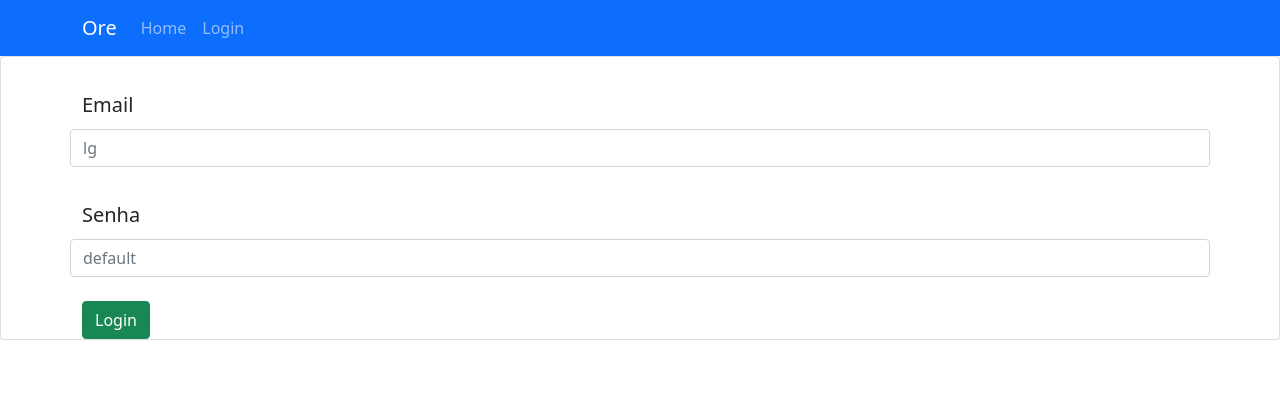
Repository: thf4/React-Front
Page: /login
An editor plug-in stored every save of this project. The page is shown before and after the next save, followed by the edit.
The browser window is 1280 px wide. The pictures show the whole page.
The project was rebuilt for these pictures with package versions that can differ from the ones it lists, and the page was loaded fresh each time. Also part of the build but not shown: src/config/index.js, src/pages/Home/index.js, src/pages/Vizualizar/index.js, src/config/cadastrar.js, src/pages/Cadastrar/index.js, src/pages/Editar/index.js, src/pages/HomePage/index.js.

Above is the page before, as saved 2021-05-07 16:16:07.

### src/App.js
import React from "react";
import { BrowserRouter as Router, Switch, Route } from "react-router-dom";
import { Home } from "./pages/Home/";
import { View } from "./pages/Vizualizar/";
import { Cadastrar } from "./pages/Cadastrar/";
import { Editar } from "./pages/Editar/";
import { Menu } from "./components/Menu";
import { Homepage	 } from "./pages/HomePage/index"
import { Login } from "./pages/Login"
import 'bootstrap/dist/css/bootstrap.min.css';
function App() {
  return (
    <div>
      <Menu />
      <Router>
        <Switch>
          <Route exact path="/" component={Homepage} />
          <Route path="/listar" component={Home} />
          <Route path="/login" component={Login} />
          <Route path="/view" component={View} />
          <Route path="/cadastrar" component={Cadastrar} />
          <Route path="/editar" component={Editar} />
        </Switch>
      </Router>
    </div>
  );
}

export default App;

### src/components/Menu.js
import React, { useState } from "react";
import {
  Collapse,
  Navbar,
  NavbarToggler,
  NavbarBrand,
  Nav,
  NavItem,
  NavLink,
  Container,
} from "reactstrap";
export const Menu = (props) => {
  const [isOpen, setIsOpen] = useState(false);
  const toggle = () => setIsOpen(!isOpen);

  return (
    <div>
      <Navbar color="primary" dark expand="md">
        <Container>
        <NavbarBrand href="/">Ore</NavbarBrand>
        <NavbarToggler onClick={toggle} />
        <Collapse isOpen={isOpen} navbar>
          <Nav className="mr-auto" navbar>
            <NavItem>
              <NavLink href="/">Home</NavLink>
            </NavItem>
            <NavItem>
              <NavLink href="/login">Login</NavLink>
            </NavItem>
          </Nav>
        </Collapse>
        </Container>
      </Navbar>
    </div>
  );
};

### src/pages/Login/index.js
import React from "react";
import { Button, Form, FormGroup, Label, Input, Container } from "reactstrap";
export const Login = (props) => {
  return (

      <Form className="card">
        <Container>
        <FormGroup row className="mt-4 sm-4">
          <Label for="email"  size="lg">
            Email
          </Label>
          <Input type="email" name="email" id="email" placeholder="lg" />
        </FormGroup>
        <FormGroup row className="mt-4">
          <Label for="paswword "  size="lg">
            Senha
          </Label>
          <Input
            type="password"
            name="password"
            id="password"
            placeholder="default"
          />
        </FormGroup>
        <Button className="btn btn-success mt-4" > Login </Button>
        </Container>
      </Form>

  );
};

Loaded but not shown: public/index.html (common file); src/index.js (common file); src/index.css (common file); src/reportWebVitals.js (common file)

After the next save:
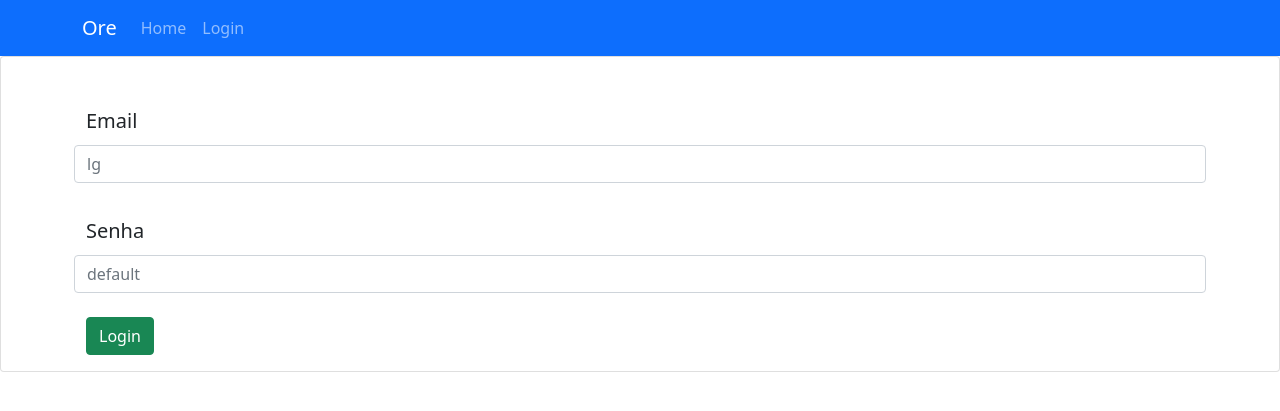
Saved 7 s later.
--- a/src/pages/Login/index.js
+++ b/src/pages/Login/index.js
@@ -4,7 +4,7 @@ export const Login = (props) => {
   return (
 
       <Form className="card">
-        <Container>
+        <Container className="card-body">
         <FormGroup row className="mt-4 sm-4">
           <Label for="email"  size="lg">
             Email
